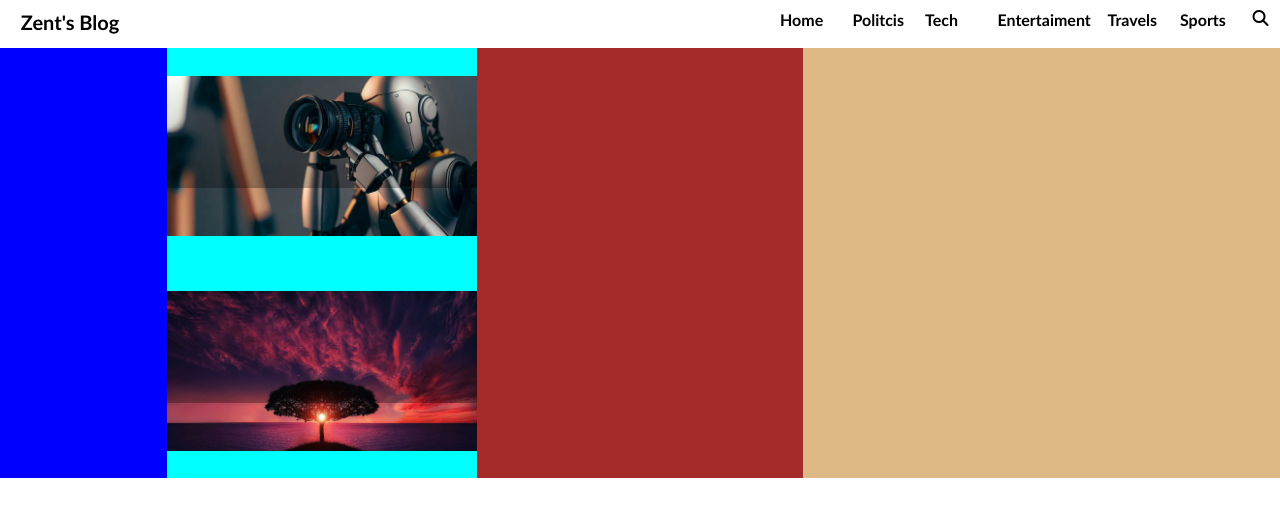
Repository: giacatdat2k5/html3
Page: html3.vs/7.1.html
These files come from the project's save history. The page is drawn as it stood at one moment and after the next save; the edit follows.
The browser window is 1280 px wide. The pictures show the whole page.

Above is the page before, as saved 2023-09-27 13:49:07.

After the next save:
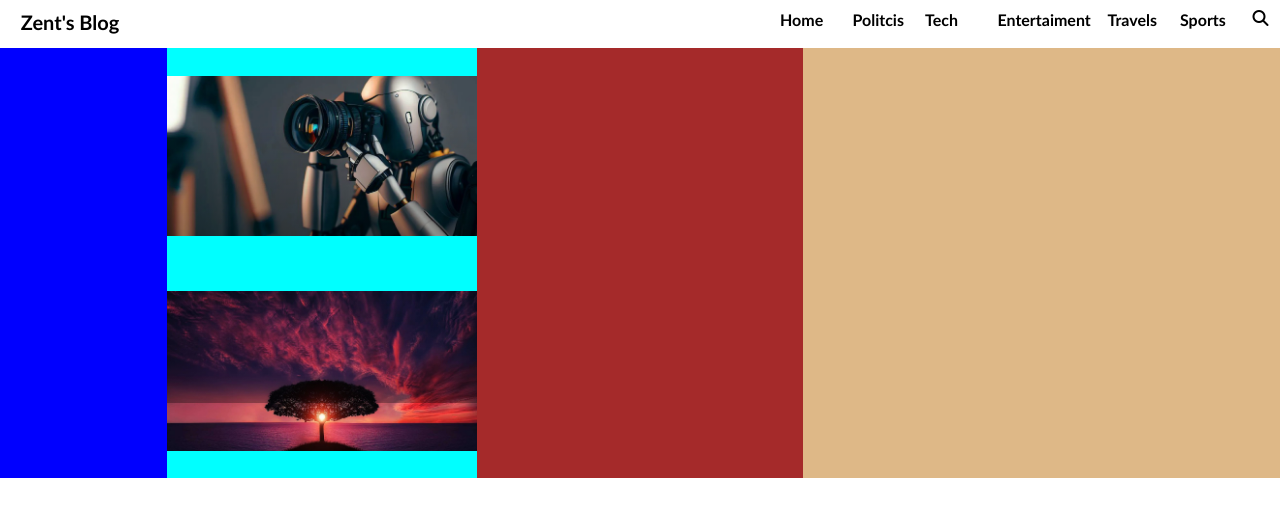
Saved 46 s later.
--- a/html3.vs/7.1.css
+++ b/html3.vs/7.1.css
@@ -69,6 +69,8 @@
     background-size: cover;
     width: 100%;
     height: 160px;
+    display:flex;
+    align-items: end;
 }
 .iamge2{
     background-image: url('anh2.jpeg');
